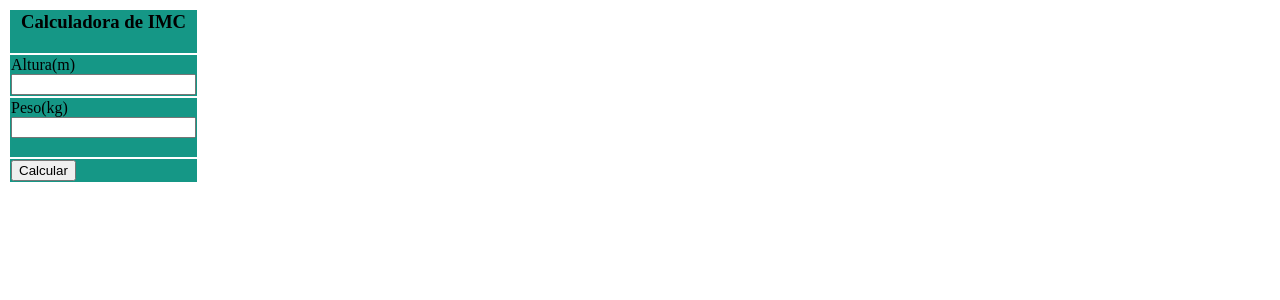
Repository: Patriciamativi/Projetos
Page: index.html
An editor plug-in stored every save of this project. The page is shown before and after a run of saves, followed by the edit.
The browser window is 1280 px wide. The pictures show the whole page.

Above is the page before, as saved 2022-11-21 14:28:00.

### index.html
<html>
    <head>
        <title>Calculadora de IMC</title>
        <meta charset="utf-8"/>

        <style type="text/css">
            tr {
                background-color: rgb(21, 151, 134);
            }
            td {

                background-color: rgb(21, 151, 134);
            }
        </style>
    </head>
<table border="0">
    <body>

        <tr>
            <th><h3>Calculadora de IMC</h3></th></tr>

        <td>Altura(m)<br/>
            <input type: "number" </br></td>

        <tr><td>Peso(kg)<br/>
            <input type: "number" > </br></br></td></tr>


        <td><input type= "submit" value="Calcular"></td>

    </table>
</body>
</html>

After the next 2 saves:
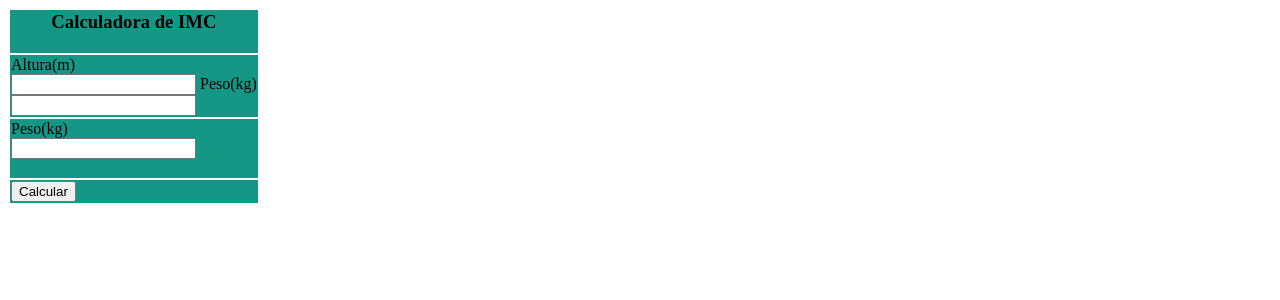
The 2 saves are shown as one change because they came seconds apart.
The last was saved 6 s later.
--- a/index.html
+++ b/index.html
@@ -20,7 +20,8 @@
             <th><h3>Calculadora de IMC</h3></th></tr>
 
         <td>Altura(m)<br/>
-            <input type: "number" </br></td>
+            <input type: "number" > Peso(kg)<br/>
+            <input type: "number" > </br></td>
 
         <tr><td>Peso(kg)<br/>
             <input type: "number" > </br></br></td></tr>
